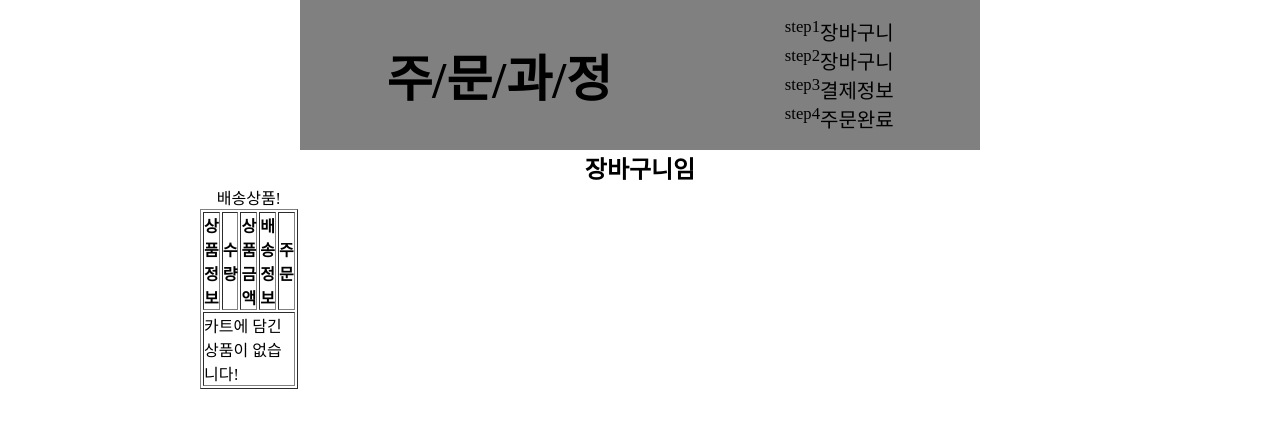
Repository: kym-1000/book
Page: http://localhost/book/WEB-INF/views/cart/mycart.jsp
These files come from the project's save history. The page is drawn as it stood at one moment and after the next save; the edit follows.
The browser window is 1280 px wide. The pictures show the whole page.
The page is served by Tomcat 9. Nobody is signed in. The template is opened directly, without the code that normally fills it, so the values that code supplies are empty.

Above is the page before, as saved 2023-01-02 08:47:58.

After the next save:
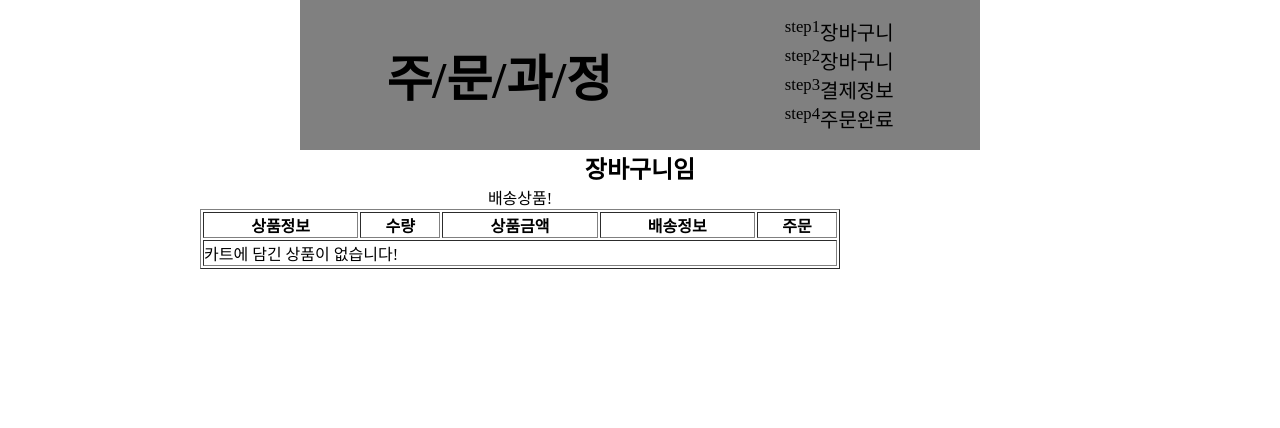
Saved 2 s later.
--- a/book/book/src/main/webapp/WEB-INF/views/cart/mycart.jsp
+++ b/book/book/src/main/webapp/WEB-INF/views/cart/mycart.jsp
@@ -27,7 +27,7 @@
 
 	<h2 style="text-align: center;">장바구니임</h2>
 
-<table  width="50"  border="1" id="table">
+<table  width="50%"  border="1" id="table">
 	<caption >
       배송상품!
     </caption>
